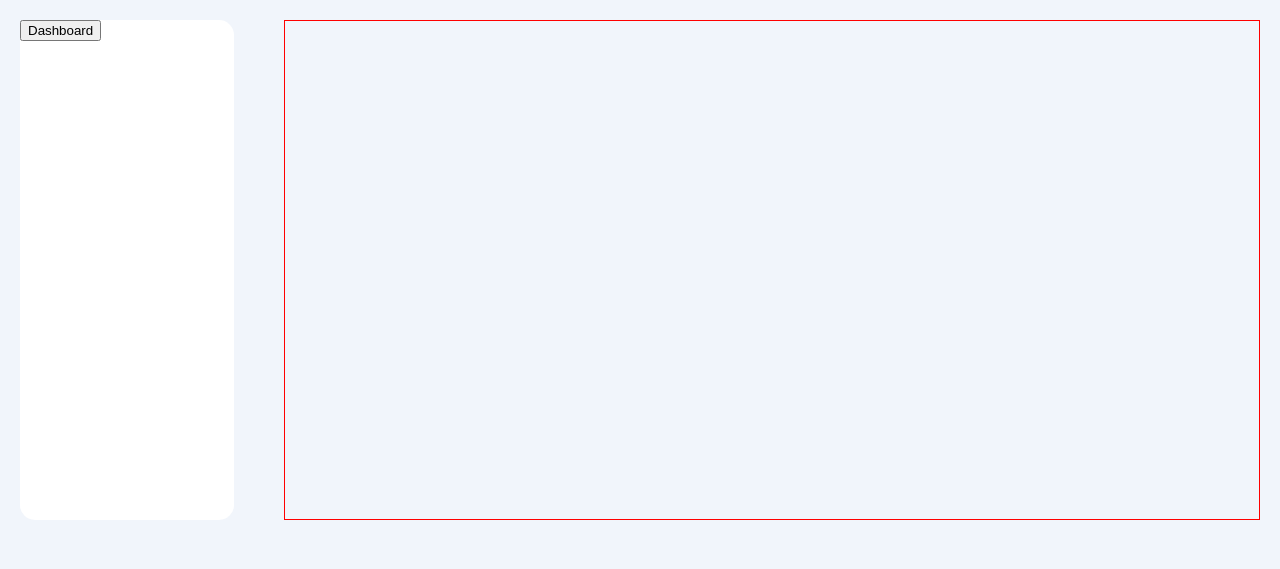
Repository: Anuruddha00/dashboard-design
Page: /
An editor plug-in stored every save of this project. The page is shown before and after a run of saves, followed by the edit.
The browser window is 1280 px wide. The pictures show the whole page.
The project was rebuilt for these pictures with package versions that can differ from the ones it lists, and the page was loaded fresh each time.

Above is the page before, as saved 2021-05-06 23:18:28.

After the next 2 saves:
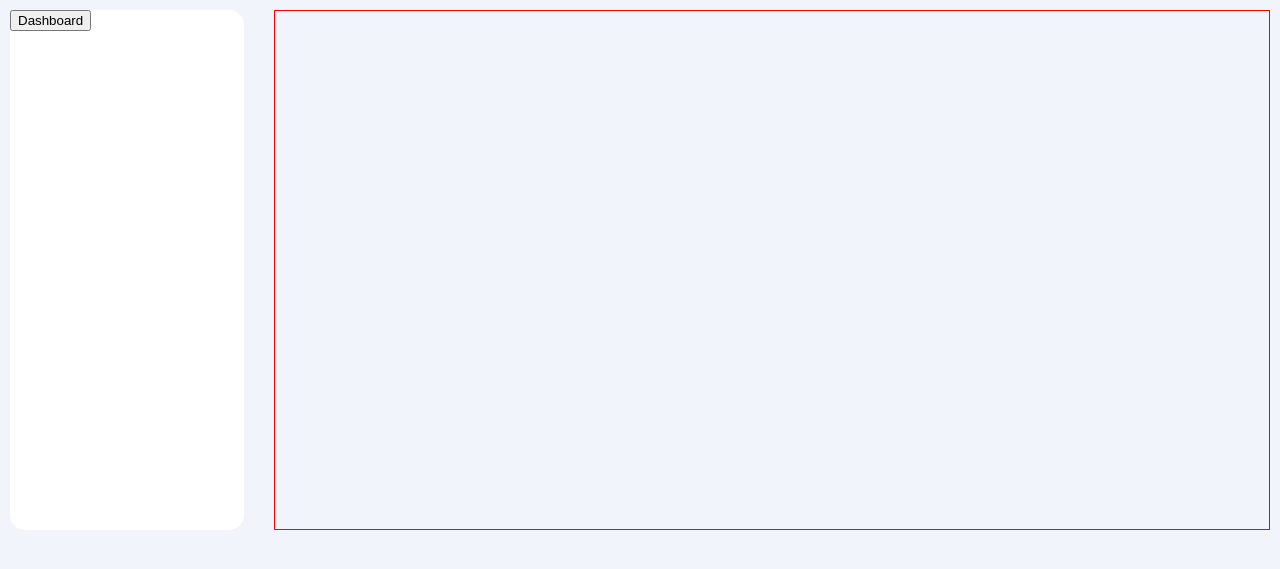
The 2 saves are shown as one change because they came seconds apart.
The last was saved 17 s later.
--- a/src/containers/Dashboard/Dashboard.scss
+++ b/src/containers/Dashboard/Dashboard.scss
@@ -22,14 +22,14 @@ body{
             grid-row: 1 / 6;
             border-radius: 15px;
             background: #ffffff;
-            margin: 20px;
+            margin: 10px;
 
         }
         &Menu{
             border: 1px solid red;
             grid-column: 2;
             grid-row: 1 / 6;
-            margin: 20px;
+            margin: 10px;
         }
     }
 }
